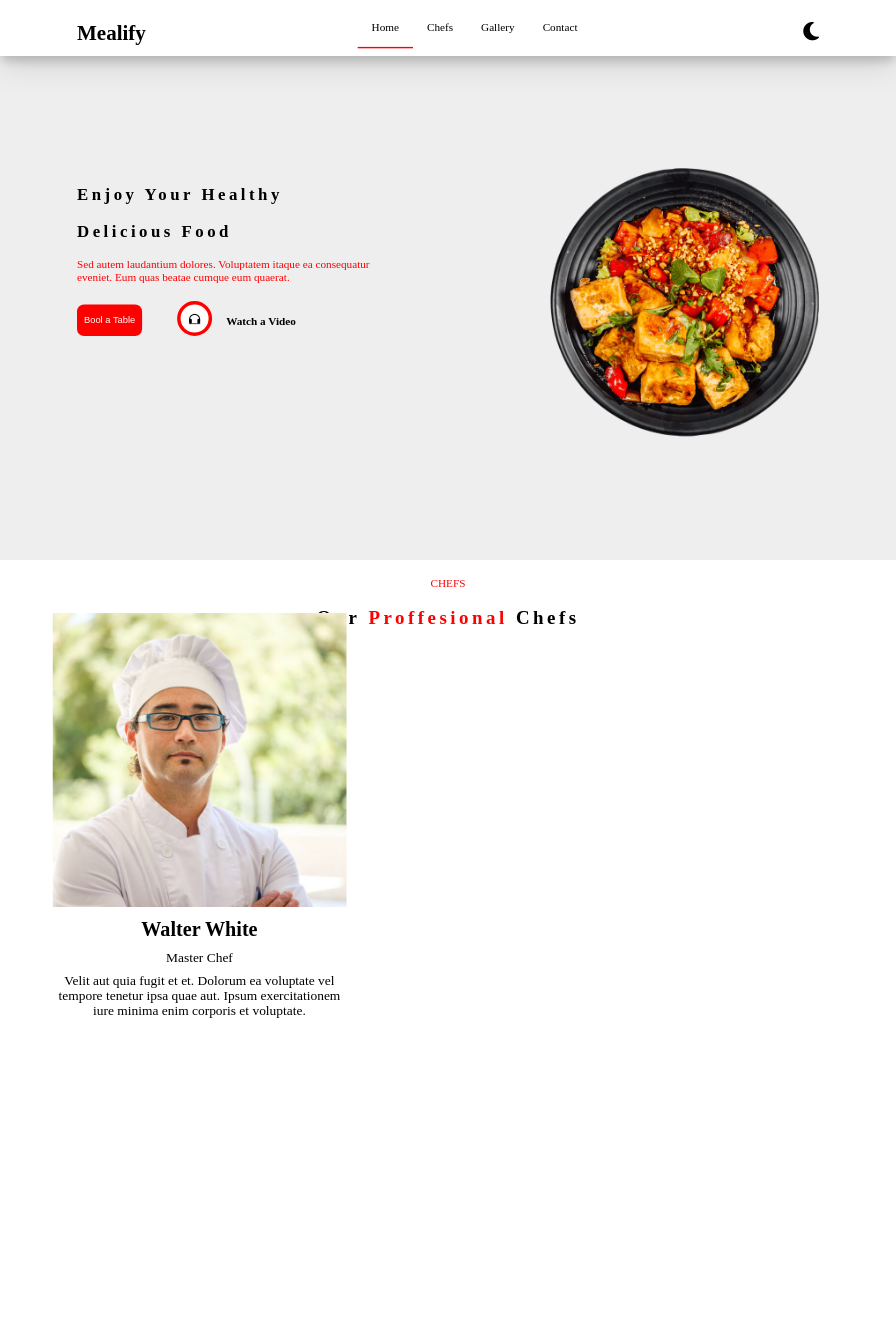
Repository: Ahmedalid/New-project
Page: Rout/index.html
The author's editor kept a copy of each file at every save. The page is drawn from the files as they stood at one save, then again after a run of saves.
The browser window is 1280 px wide. The pictures show the part of the page from y = 0 to 1920 px (the page is 5000 px tall), at 70% of full size.
The pointer rests on the first visible `.card-img`.

Above is the page before, as saved 2023-06-08 11:07:14.

### Rout/index.html
<!DOCTYPE html>
<html lang="en">

<head>
    <meta charset="UTF-8">
    <meta http-equiv="X-UA-Compatible" content="IE=edge">
    <meta name="viewport" content="width=device-width, initial-scale=1.0">
    <link rel="stylesheet" href="https://cdnjs.cloudflare.com/ajax/libs/font-awesome/6.4.0/css/all.min.css">
    <link rel="stylesheet" href="css/style.css">
    <title>Document</title>
</head>

<body>
    <!-- Start NavBar -->
    <nav>
        <div class="div-nav">
            <div class="nav-logo">
                <h1>Mealify</h1>
            </div>
            <div class="nav-item">
                <ul>
                    <li><a href="default.asp" class="home-actiev">Home</a></li>
                    <li><a href="" class="text-color">Chefs</a></li>
                    <li><a href="" class="text-color">Gallery</a></li>
                    <li><a href="" class="text-color">Contact</a></li>
                </ul>
            </div>
            <div class="nav-icon">
                <span><i class="fa-solid fa-moon"></i></span>
            </div>
        </div>
    </nav>
    <!-- End NavBar -->

    <!-- Start Header -->
    <header>
        <div class="div-header">
            <div class="content-header container">
                <h2 class="mt li">Enjoy Your Healthy</h2>
                <h2 class="mt li">Delicious Food</h2>
                <p class="mt text-color">Sed autem laudantium dolores. Voluptatem itaque ea consequatur eveniet.
                    Eum quas beatae cumque eum quaerat.</p>
                <div class="d-flex">
                    <button class="btn-Boolatable">Bool a Table</button>
                    <div class="d-flex mt  ">
                        <a href="" class="icone-headphones"> <span class="headphones d-center"> <i
                                    class="fa-solid fa-headphones "></i></span> </a>
                        <span class="Video">Watch a Video</span>
                    </div>
                </div>
            </div>
            <div class="content-header container">
                <div class="img-header ">
                    <img src="img/hero-img.png" alt="">
                </div>
            </div>
        </div>
    </header>
    <!-- End Header -->
    <section class="container">
        <p class="text-center text-color mt">CHEFS</p>
        <h5 class="li text-center our-section mt">
            Our
            <span class="text-color">Proffesional</span>
            Chefs
        </h5>
        <!-- Card And Img -->
        <div class="mt card-img">
            <div class="">
                <img src="img/chefs-3.jpg" alt="">
                <h2 class="text-center mt-1">Walter White </h5>
                <p class="text-center mt-1">Master Chef</p>
                <p class="text-center mt-1">
                    Velit aut quia fugit et et. Dolorum ea voluptate vel
                     tempore tenetur ipsa quae aut. Ipsum
                    exercitationem iure minima enim corporis et voluptate.
                </p>

            </div>
        </div>
    </section>
</body>

</html>

### Rout/css/style.css
*{
    margin: 0;
    padding: 0;
    box-sizing: border-box;
}
body{
    height: 5000px;
}
nav{
    box-shadow: 0px 16px 43px 0px rgba(0,0,0,0.1),0px 10px 15px -3px rgba(0,0,0,0.1),0px 10px 15px -3px rgba(0,0,0,0.1);
       height: 80px;
       position: sticky;
       top: 0;
       left: 0;
       overflow: auto;
       background-color: white;
}
.div-nav{
     margin: auto 110px;
    display: flex;
   margin-top: 30px;
    justify-content: space-between;
}
.container{
    margin: auto 110px;
}
.nav-item ul li{
    list-style: none;

    width: 100%;

}
.nav-item ul li a{
     text-decoration: none;
     color: black;
     padding: 20px;
     outline: none;
     transition: 0.5;
     font-weight: 400;
}
.nav-item ul li a:hover{
    border-bottom: 2px solid red;
}
.nav-item ul {
          display: flex;
    justify-content: space-between;

}
.nav-logo h1{
    font-weight: bold;
    font-size: 30px;
}
.home-actiev{
    border-bottom: 2px solid red;
    font-weight: bold;
}
.nav-icon span i{
    font-size: 30px;
}
/* End NavBar */
/* Start Header */
/* Start Header */
.div-header{
    display: flex;
}
header{
    background-color: #eeeeee;
    overflow: auto;
    height: 100vh;
}
.content-header{
  margin-top: 160px;
}
img{
    width: 100%;
}
.mt{
    margin-top: 25px;
}
.li{
    letter-spacing: 5px;
}
.text-color{
    color: #7f7f90;
}
.d-flex{
    display: flex;
}
.btn-Boolatable{
    border: none;
    outline: none;
    background-color: red;
    color: white;
    padding: 10px;
    border-radius: 10px;
    margin-top: 30px;
}
.headphones{
    background-color: white;
    border-radius: 50%;
    width: 50px;
    height: 50px;
    border: 5px solid red;
    margin-left: 50px;
    cursor: pointer;
}
.d-center{
    display: flex;
    justify-content: center;
    align-items: center;
}
.Video{
    margin-top: 20px;
    margin-left: 20px;
    font-weight: bold;
    cursor: pointer;
    transition: 0.5s;
}
.Video:hover{
    color: red;
}
.icone-headphones{
    color: black;
    list-style: none;
}

.text-center{
    text-align: center;
    /* margin-top: 50px; */
}
.text-color{
    color: red;
}
.our-section{
    font-size: 27px;
}
.card-img{
    width: 33%;
    display: inline-block;
    transition: 0.5s;
}
.mt-1{
    margin-top: 10px;
}
.card-img h4{
    font-weight:bold;
}
.card-img:hover{
    transform: scale(1.2 , 1.2);
    cursor: pointer;
    transition: 0.5s;
}

After the next 2 saves:
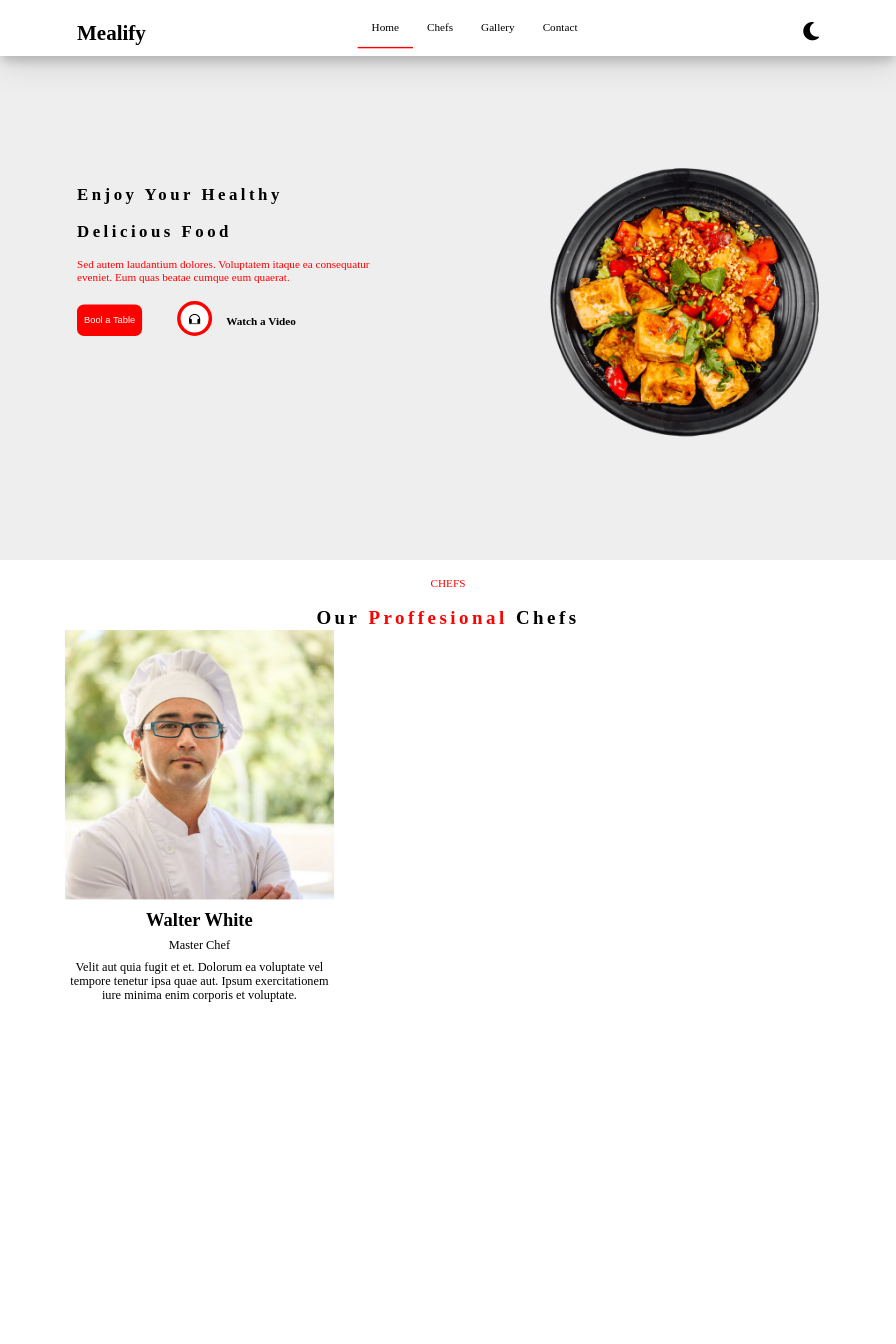
The 2 saves are shown as one change because they came seconds apart.
The last was saved 53 s later.
--- a/Rout/css/style.css
+++ b/Rout/css/style.css
@@ -146,7 +146,7 @@ img{
     font-weight:bold;
 }
 .card-img:hover{
-    transform: scale(1.2 , 1.2);
+    transform: scale(1.1 , 1.1);
     cursor: pointer;
     transition: 0.5s;
 }
